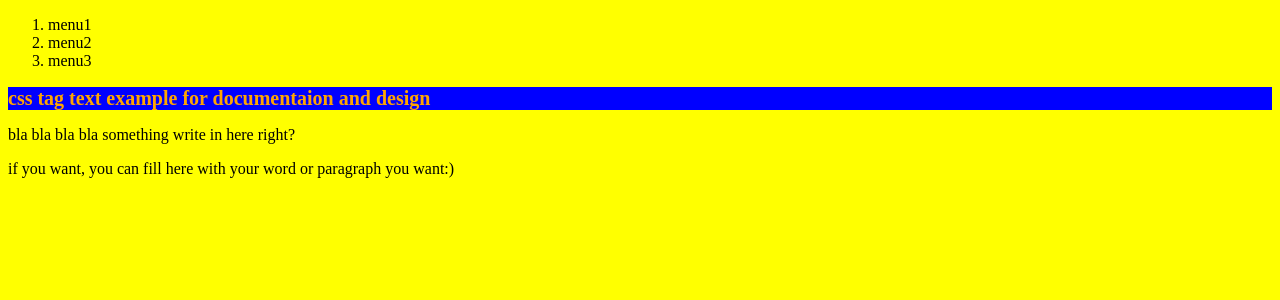
Repository: LucestDail/WebEclipse-Workspace
Page: htmlProject/WebContent/cssEx1.html
An editor plug-in stored every save of this project. The page is shown before and after the next save, followed by the edit.
The browser window is 1280 px wide. The pictures show the whole page.

Above is the page before, as saved 2020-11-06 03:10:53.

After the next save:
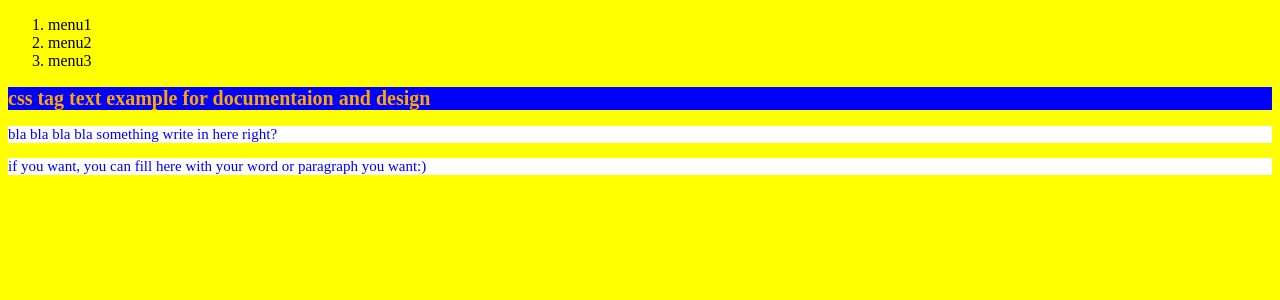
Saved 2 min 0 s later.
--- a/htmlProject/WebContent/cssEx1.html
+++ b/htmlProject/WebContent/cssEx1.html
@@ -15,6 +15,11 @@ h2{
 	color:orange;
 	background-color: blue;
 }
+p{
+	font-size:15px;
+	color:blue;
+	background-color: white;
+}
 </style>
 </head>
 <body>
